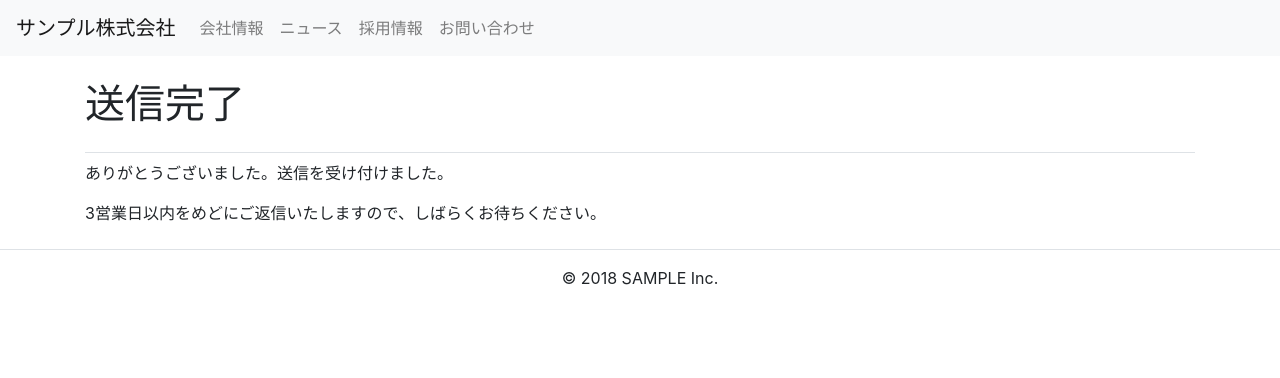
Repository: hiro0529/kadai-tasklist
Page: complete.html
The author's editor kept a record of every edit. The page is drawn from the files as they stood at one moment, then again after the next edit.
The browser window is 1280 px wide. The pictures show the whole page.
Some web libraries are served in a nearby version.

Above is the page before.

### complete.html
<!DOCTYPE html>
<html lang="ja">
    <head>
        <!-- Required meta tags -->
        <meta charset="utf-8">
        <meta name="viewport" content="width=device-width, initial-scale=1, shrink-to-fit=no">

        <!-- Bootstrap CSS -->
        <link rel="stylesheet" href="https://stackpath.bootstrapcdn.com/bootstrap/4.2.1/css/bootstrap.min.css">

        <title>送信完了 | サンプル株式会社</title>
    </head>
    <body>
        <header>

        </header>
        <nav class="navbar navbar-expand-sm navbar-light bg-light">
            <!-- ホームへ戻るリンク。ブランドロゴなどを置く。 -->
            <a href="#" class="navbar-brand">サンプル株式会社</a>
            <!--ハンバーガーボタン -->
            <button type="button" class="navbar-toggler" data-toggle="collapse" data-target="#nav-bar">
            <span class="navbar-toggler-icon"></span>
            </button>
            <!-- メニュー項目 -->
            <div class="collapse navbar-collapse" id="nav-bar">
                <ul class="navbar-nav">
                    <li class="nav-item"><a href="#" class="nav-link">会社情報</a></li>
                    <li class="nav-item"><a href="#" class="nav-link">ニュース</a></li>
                    <li class="nav-item"><a href="#" class="nav-link">採用情報</a></li>
                    <li class="nav-item"><a href="#" class="nav-link">お問い合わせ</a></li>
            </div>
            </ul>
        </nav>
        <div class="container">
            <h1 class="mt-4 pb-4 border-bottom">送信完了</h1>
            <p>ありがとうございました。送信を受け付けました。</p>
            <p>3営業日以内をめどにご返信いたしますので、しばらくお待ちください。</p>
            <div class="text-center mb-4">

            </div>
        </div>
        <footer class="text-center pt-3 border-top">
            &copy; 2018 SAMPLE Inc.
        </footer>

        <!-- Optional JavaScript -->
        <!-- jQuery first, then Popper.js, then Bootstrap JS, then Font Awesome -->
        <script src="https://code.jquery.com/jquery-3.3.1.slim.min.js"></script>
        <script src="https://cdnjs.cloudflare.com/ajax/libs/popper.js/1.14.6/umd/popper.min.js"></script>
        <script src="https://stackpath.bootstrapcdn.com/bootstrap/4.2.1/js/bootstrap.min.js"></script>
        <script defer src="https://use.fontawesome.com/releases/v5.7.2/js/all.js"></script>
    </body>
</html>

After the next edit:
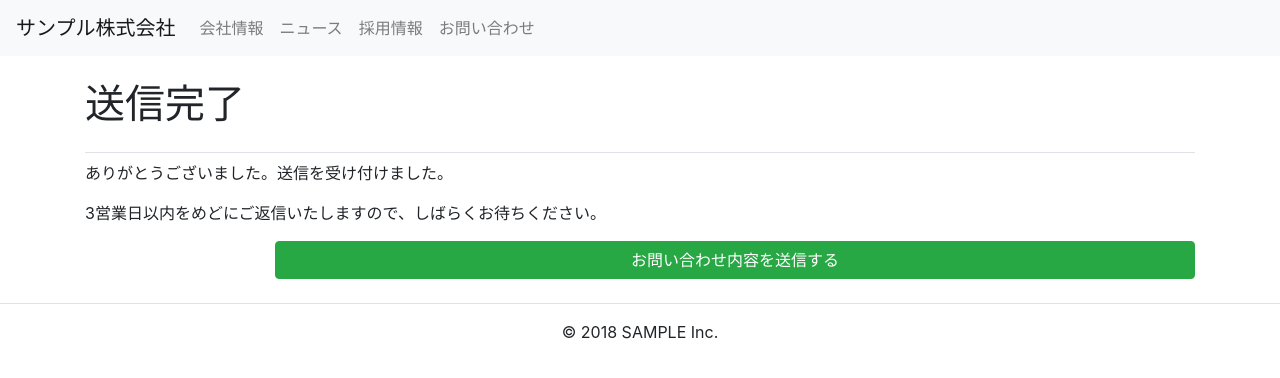
The edit:
--- a/complete.html
+++ b/complete.html
@@ -1,53 +1,60 @@
 <!DOCTYPE html>
 <html lang="ja">
-    <head>
-        <!-- Required meta tags -->
-        <meta charset="utf-8">
-        <meta name="viewport" content="width=device-width, initial-scale=1, shrink-to-fit=no">
 
-        <!-- Bootstrap CSS -->
-        <link rel="stylesheet" href="https://stackpath.bootstrapcdn.com/bootstrap/4.2.1/css/bootstrap.min.css">
+<head>
+    <!-- Required meta tags -->
+    <meta charset="utf-8">
+    <meta name="viewport" content="width=device-width, initial-scale=1, shrink-to-fit=no">
 
-        <title>送信完了 | サンプル株式会社</title>
-    </head>
-    <body>
-        <header>
+    <!-- Bootstrap CSS -->
+    <link rel="stylesheet" href="https://stackpath.bootstrapcdn.com/bootstrap/4.2.1/css/bootstrap.min.css">
 
-        </header>
-        <nav class="navbar navbar-expand-sm navbar-light bg-light">
-            <!-- ホームへ戻るリンク。ブランドロゴなどを置く。 -->
-            <a href="#" class="navbar-brand">サンプル株式会社</a>
-            <!--ハンバーガーボタン -->
-            <button type="button" class="navbar-toggler" data-toggle="collapse" data-target="#nav-bar">
+    <title>送信完了 | サンプル株式会社</title>
+</head>
+
+<body>
+    <header>
+
+    </header>
+    <nav class="navbar navbar-expand-sm navbar-light bg-light">
+        <!-- ホームへ戻るリンク。ブランドロゴなどを置く。 -->
+        <a href="#" class="navbar-brand">サンプル株式会社</a>
+        <!--ハンバーガーボタン -->
+        <button type="button" class="navbar-toggler" data-toggle="collapse" data-target="#nav-bar">
             <span class="navbar-toggler-icon"></span>
             </button>
-            <!-- メニュー項目 -->
-            <div class="collapse navbar-collapse" id="nav-bar">
-                <ul class="navbar-nav">
-                    <li class="nav-item"><a href="#" class="nav-link">会社情報</a></li>
-                    <li class="nav-item"><a href="#" class="nav-link">ニュース</a></li>
-                    <li class="nav-item"><a href="#" class="nav-link">採用情報</a></li>
-                    <li class="nav-item"><a href="#" class="nav-link">お問い合わせ</a></li>
-            </div>
-            </ul>
-        </nav>
-        <div class="container">
-            <h1 class="mt-4 pb-4 border-bottom">送信完了</h1>
-            <p>ありがとうございました。送信を受け付けました。</p>
-            <p>3営業日以内をめどにご返信いたしますので、しばらくお待ちください。</p>
-            <div class="text-center mb-4">
-
+        <!-- メニュー項目 -->
+        <div class="collapse navbar-collapse" id="nav-bar">
+            <ul class="navbar-nav">
+                <li class="nav-item"><a href="#" class="nav-link">会社情報</a></li>
+                <li class="nav-item"><a href="#" class="nav-link">ニュース</a></li>
+                <li class="nav-item"><a href="#" class="nav-link">採用情報</a></li>
+                <li class="nav-item"><a href="#" class="nav-link">お問い合わせ</a></li>
+        </div>
+        </ul>
+    </nav>
+    <div class="container">
+        <h1 class="mt-4 pb-4 border-bottom">送信完了</h1>
+        <p>ありがとうございました。送信を受け付けました。</p>
+        <p>3営業日以内をめどにご返信いたしますので、しばらくお待ちください。</p>
+        <div class="text-center mb-4">
+            <div class="form-group row">
+                <div class="offset-sm-2 col-sm-10 ">
+                    <button type="submit" class="btn btn-block btn-success">お問い合わせ内容を送信する</button>
+                </div>
             </div>
         </div>
-        <footer class="text-center pt-3 border-top">
-            &copy; 2018 SAMPLE Inc.
-        </footer>
+    </div>
+    <footer class="text-center pt-3 border-top">
+        &copy; 2018 SAMPLE Inc.
+    </footer>
 
-        <!-- Optional JavaScript -->
-        <!-- jQuery first, then Popper.js, then Bootstrap JS, then Font Awesome -->
-        <script src="https://code.jquery.com/jquery-3.3.1.slim.min.js"></script>
-        <script src="https://cdnjs.cloudflare.com/ajax/libs/popper.js/1.14.6/umd/popper.min.js"></script>
-        <script src="https://stackpath.bootstrapcdn.com/bootstrap/4.2.1/js/bootstrap.min.js"></script>
-        <script defer src="https://use.fontawesome.com/releases/v5.7.2/js/all.js"></script>
-    </body>
+    <!-- Optional JavaScript -->
+    <!-- jQuery first, then Popper.js, then Bootstrap JS, then Font Awesome -->
+    <script src="https://code.jquery.com/jquery-3.3.1.slim.min.js"></script>
+    <script src="https://cdnjs.cloudflare.com/ajax/libs/popper.js/1.14.6/umd/popper.min.js"></script>
+    <script src="https://stackpath.bootstrapcdn.com/bootstrap/4.2.1/js/bootstrap.min.js"></script>
+    <script defer src="https://use.fontawesome.com/releases/v5.7.2/js/all.js"></script>
+</body>
+
 </html>
